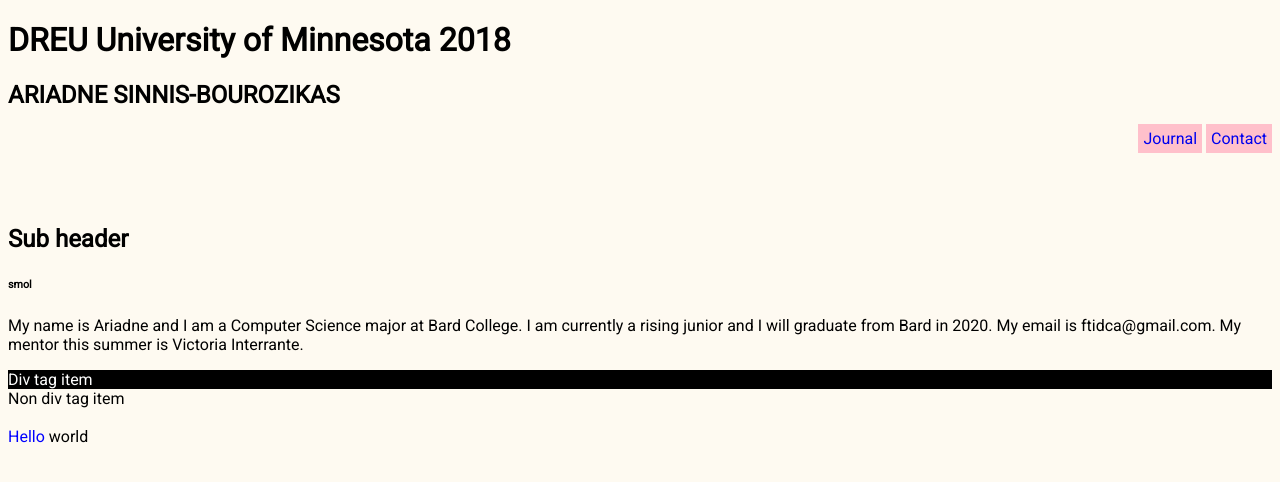
Repository: ariadnesb/dreu2018
Page: index.html
The author's editor kept a record of every edit. The page is drawn from the files as they stood at one moment, then again after the next edit.
The browser window is 1280 px wide. The pictures show the whole page.

Above is the page before.

After the next edit:
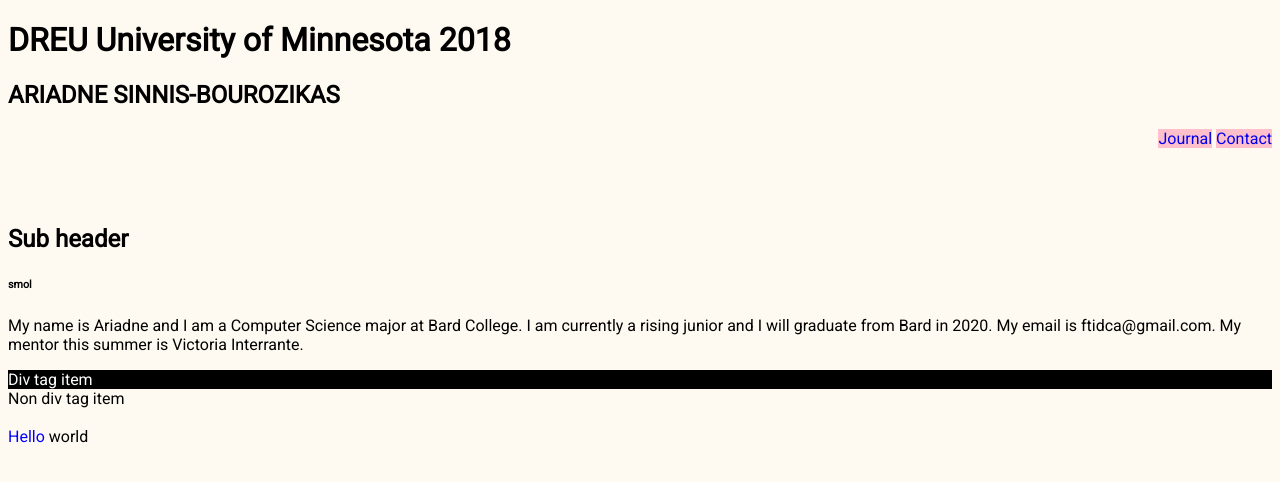
The edit:
--- a/styles.css
+++ b/styles.css
@@ -28,7 +28,7 @@
 
 #header li {
     display: inline;
-    padding: 5px;
+    padding: 0;
     background-color: pink;
 }
 
